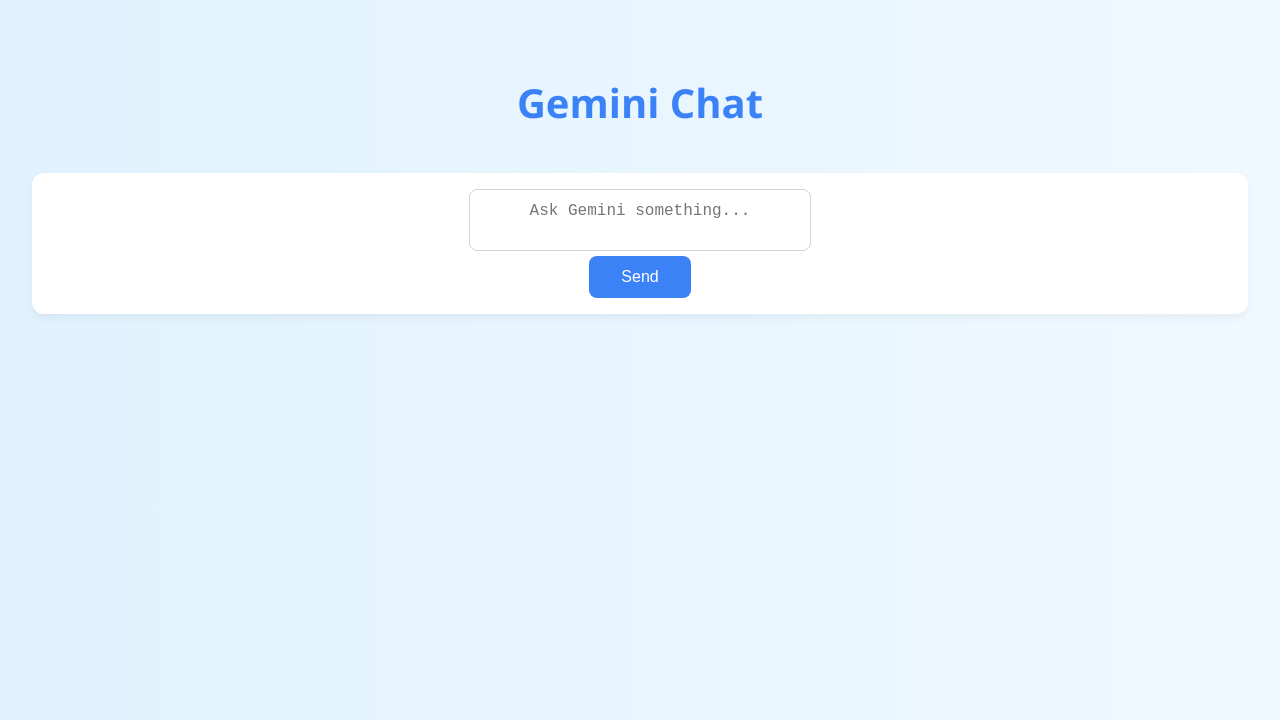
Repository: VanshJaggi12/chatbot1
Page: /
An editor plug-in stored every save of this project. The page is shown before and after a run of saves, followed by the edit.
The browser window is 1280 px wide. The pictures show the whole page.
The project was rebuilt for these pictures with package versions that can differ from the ones it lists, and the page was loaded fresh each time. Also part of the build but not shown: vite.config.js.

Above is the page before, as saved 2025-07-08 19:02:29.

### src/main.jsx
import { StrictMode } from 'react'
import { createRoot } from 'react-dom/client'
import './index.css'
import App from './App.jsx'

import '@fontsource/roboto/300.css';
import '@fontsource/roboto/400.css';
import '@fontsource/roboto/500.css';
import '@fontsource/roboto/700.css';


createRoot(document.getElementById('root')).render(
  <StrictMode>
    <App />
  </StrictMode>,
)

### src/index.css
/* index.css (default Vite + React setup) */

#root {
  max-width: 1280px;
  margin: 0 auto;
  padding: 2rem;
  text-align: center;
}

body {
  margin: 0;
  font-family: Inter, system-ui, Avenir, Helvetica, Arial, sans-serif;
  -webkit-font-smoothing: antialiased;
  -moz-osx-font-smoothing: grayscale;
  background-color: #f9f9f9;
  color: #333;
}

### src/App.jsx
import { useState, useRef, useEffect } from "react";
import "./App.css";
import SendIcon from '@mui/icons-material/Send';
import { Button } from '@mui/material';
import axios from "axios";
import ReactMarkdown from "react-markdown";

function App() {
  const [chatHistory, setChatHistory] = useState([]);
  const [question, setQuestion] = useState("");
  const [generatingAnswer, setGeneratingAnswer] = useState(false);
  const chatContainerRef = useRef(null);

  useEffect(() => {
    if (chatContainerRef.current) {
      chatContainerRef.current.scrollTop = chatContainerRef.current.scrollHeight;
    }
  }, [chatHistory, generatingAnswer]);

  async function generateAnswer(e) {
    e.preventDefault();
    if (!question.trim()) return;

    setGeneratingAnswer(true);
    const currentQuestion = question;
    setQuestion("");

    setChatHistory((prev) => [...prev, { type: "question", content: currentQuestion }]);

    try {
      const response = await axios.post(
        `https://generativelanguage.googleapis.com/v1beta/models/gemini-2.0-flash:generateContent?key=AIzaSyAGcHZ25pUONsiURhlBHE8_ULrGzQh97sE`,
        {
          contents: [
            {
              parts: [{ text: currentQuestion }],
            },
          ],
        },
        {
          headers: {
            "Content-Type": "application/json",
          },
        }
      );

      const aiResponse =
        response.data.candidates?.[0]?.content?.parts?.[0]?.text || "No response";
      setChatHistory((prev) => [...prev, { type: "answer", content: aiResponse }]);
    } catch (error) {
      console.error("Error:", error);
      setChatHistory((prev) => [
        ...prev,
        { type: "answer", content: "Error occurred. Try again!" },
      ]);
    }
    setGeneratingAnswer(false);
  }

  return (
    <div className="fixed inset-0 bg-gradient-to-r from-blue-50 to-blue-100">
      <div className="h-full max-w-4xl mx-auto flex flex-col p-3">
        <header className="text-center py-4">
          <h1 className="text-4xl font-bold text-blue-500">Gemini Chat</h1>
        </header>

        <div
          ref={chatContainerRef}
          className="flex-1 overflow-y-auto mb-4 rounded-lg bg-white shadow-lg p-4"
        >
          {chatHistory.map((chat, index) => (
            <div
              key={index}
              className={`mb-4 ${chat.type === "question" ? "text-right" : "text-left"}`}
            >
              <div
                className={`inline-block max-w-[80%] p-3 rounded-lg ${
                  chat.type === "question"
                    ? "bg-blue-500 text-white rounded-br-none"
                    : "bg-gray-100 text-gray-800 rounded-bl-none"
                }`}
              >
                <ReactMarkdown>{chat.content}</ReactMarkdown>
              </div>
            </div>
          ))}
          {generatingAnswer && (
            <div className="text-left">
              <div className="inline-block bg-gray-100 p-3 rounded-lg animate-pulse">
                Thinking...
              </div>
            </div>
          )}
        </div>

        <form onSubmit={generateAnswer} className="bg-white rounded-lg shadow-lg p-4">
          <div className="flex gap-2">
            <textarea
              required
              className="flex-1 border border-gray-300 rounded p-3"
              value={question}
              onChange={(e) => setQuestion(e.target.value)}
              placeholder="Ask Gemini something..."
              rows="2"
              onKeyDown={(e) => {
                if (e.key === "Enter" && !e.shiftKey) {
                  e.preventDefault();
                  generateAnswer(e);
                }
              }}
            ></textarea>
            <button
              type="submit"
              className={`px-6 py-2 bg-blue-500 text-white rounded-md hover:bg-blue-600 ${
                generatingAnswer ? "opacity-50 cursor-not-allowed" : ""
              }`}
              disabled={generatingAnswer}
            >
              Send
            </button>
          </div>
        </form>
      </div>
    </div>
  );
}

export default App;

### src/App.css
/* App.css */

* {
  box-sizing: border-box;
}

body,
html {
  margin: 0;
  padding: 0;
  font-family: 'Segoe UI', Tahoma, Geneva, Verdana, sans-serif;
  background: linear-gradient(to right, #e0f2fe, #f0f9ff);
  height: 100%;
}

/* Scrollbar hidden */
.hide-scrollbar::-webkit-scrollbar {
  display: none;
}
.hide-scrollbar {
  -ms-overflow-style: none;
  scrollbar-width: none;
}

.chat-container {
  max-width: 800px;
  margin: 0 auto;
  height: 100vh;
  display: flex;
  flex-direction: column;
  padding: 1rem;
}

/* Header */
header {
  text-align: center;
  padding: 1rem 0;
}

header h1 {
  font-size: 2.5rem;
  font-weight: bold;
  color: #3b82f6;
  transition: color 0.3s;
}

header h1:hover {
  color: #2563eb;
}

/* Chat area */
.chat-box {
  flex: 1;
  overflow-y: auto;
  background: white;
  border-radius: 12px;
  padding: 1rem;
  box-shadow: 0 4px 8px rgba(0, 0, 0, 0.1);
  margin-bottom: 1rem;
  display: flex;
  flex-direction: column;
}

/* Message wrappers */
.message {
  margin-bottom: 1rem;
  display: flex;
  flex-direction: column;
}

.message.question {
  align-items: center;
}

.message.answer {
  align-items: flex-start;
}

/* Message bubbles */
.bubble {
  padding: 0.75rem 1rem;
  border-radius: 1rem;
  max-width: 70%;
  word-wrap: break-word;
  overflow-x: auto;
  font-size: 1rem;
  line-height: 1.5;
  box-shadow: 0 2px 6px rgba(0, 0, 0, 0.08);
}

.bubble.question {
  background-color: #3b82f6;
  color: white;
  border-bottom-right-radius: 0;
}

.bubble.answer {
  background-color: #f3f4f6;
  color: #111827;
  border-bottom-left-radius: 0;
}

/* Typing animation bubble */
.typing {
  display: inline-block;
  background-color: #f3f4f6;
  padding: 0.75rem 1rem;
  border-radius: 1rem;
  font-size: 1rem;
  animation: pulse 1.5s infinite ease-in-out;
  color: #4b5563;
  max-width: fit-content;
}

@keyframes pulse {
  0% {
    opacity: 0.3;
  }
  50% {
    opacity: 1;
  }
  100% {
    opacity: 0.3;
  }
}

/* Input form */
form {
  background-color: white;
  padding: 1rem;
  border-radius: 12px;
  box-shadow: 0 4px 8px rgba(0, 0, 0, 0.05);
  display: flex;
  flex-direction: column;
  align-items: center;
  gap: 1rem;
}

/* Centered textarea */
textarea {
  width: 100%;
  max-width: 600px;
  border: 1px solid #d1d5db;
  border-radius: 0.5rem;
  padding: 0.75rem;
  resize: none;
  font-size: 1rem;
  outline: none;
  text-align: center;
  transition: border 0.2s, box-shadow 0.2s;
}

/* Center on focus */
textarea:focus {
  border-color: #3b82f6;
  box-shadow: 0 0 0 2px #3b82f6;
  text-align: center;
}

/* Centered button */
button {
  background-color: #3b82f6;
  color: white;
  padding: 0.75rem 2rem;
  font-weight: 500;
  border: none;
  border-radius: 0.5rem;
  cursor: pointer;
  transition: background 0.3s;
  align-self: center;
  font-size: 1rem;
}

/* On hover */
button:hover {
  background-color: #2563eb;
}

/* Disabled button style */
button:disabled {
  background-color: #93c5fd;
  cursor: not-allowed;
}

Loaded but not shown: index.html (common file)

After the next 2 saves:
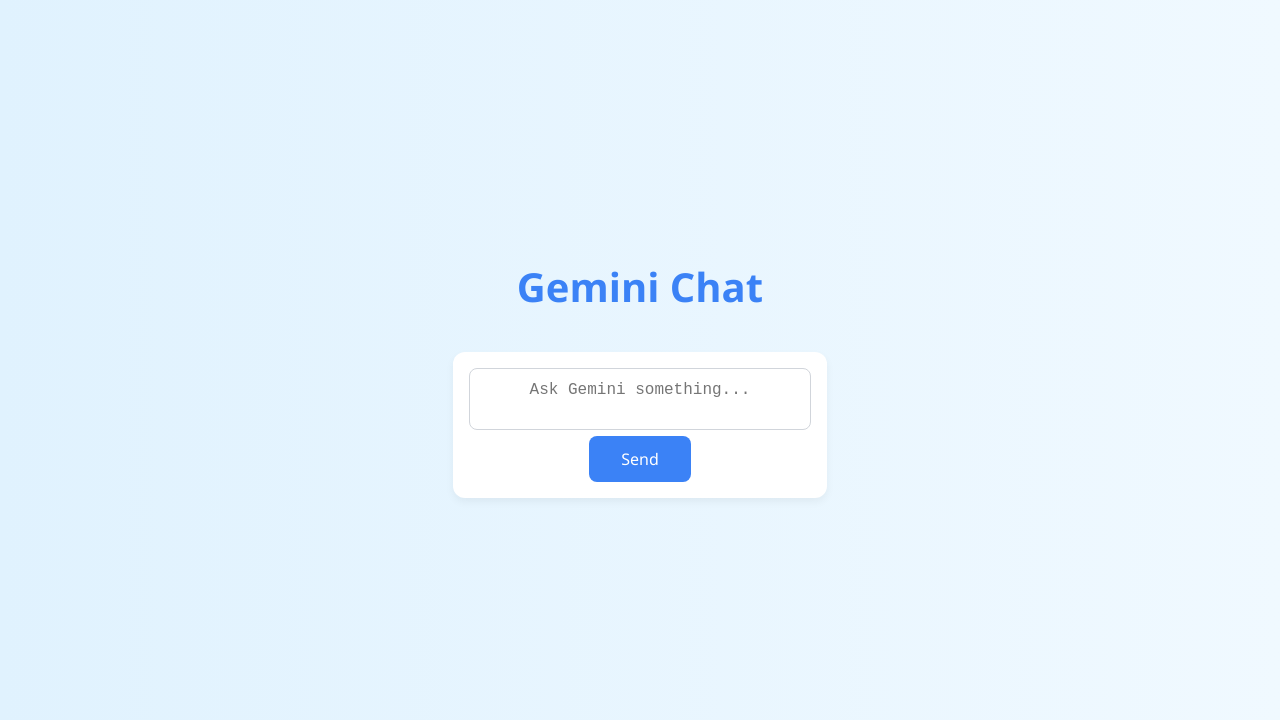
The 2 saves are shown as one change because they came seconds apart.
The last was saved 13 days later.
--- a/src/index.css
+++ b/src/index.css
@@ -15,3 +15,72 @@
   background-color: #f9f9f9;
   color: #333;
 }
+
+:root {
+  font-family: system-ui, Avenir, Helvetica, Arial, sans-serif;
+  line-height: 1.5;
+  font-weight: 400;
+
+  color-scheme: light dark;
+  color: rgba(255, 255, 255, 0.87);
+  background-color: #242424;
+
+  font-synthesis: none;
+  text-rendering: optimizeLegibility;
+  -webkit-font-smoothing: antialiased;
+  -moz-osx-font-smoothing: grayscale;
+}
+
+a {
+  font-weight: 500;
+  color: #646cff;
+  text-decoration: inherit;
+}
+a:hover {
+  color: #535bf2;
+}
+
+body {
+  margin: 0;
+  display: flex;
+  place-items: center;
+  min-width: 320px;
+  min-height: 100vh;
+}
+
+h1 {
+  font-size: 3.2em;
+  line-height: 1.1;
+}
+
+button {
+  border-radius: 8px;
+  border: 1px solid transparent;
+  padding: 0.6em 1.2em;
+  font-size: 1em;
+  font-weight: 500;
+  font-family: inherit;
+  background-color: #1a1a1a;
+  cursor: pointer;
+  transition: border-color 0.25s;
+}
+button:hover {
+  border-color: #646cff;
+}
+button:focus,
+button:focus-visible {
+  outline: 4px auto -webkit-focus-ring-color;
+}
+
+@media (prefers-color-scheme: light) {
+  :root {
+    color: #213547;
+    background-color: #ffffff;
+  }
+  a:hover {
+    color: #747bff;
+  }
+  button {
+    background-color: #f9f9f9;
+  }
+}
